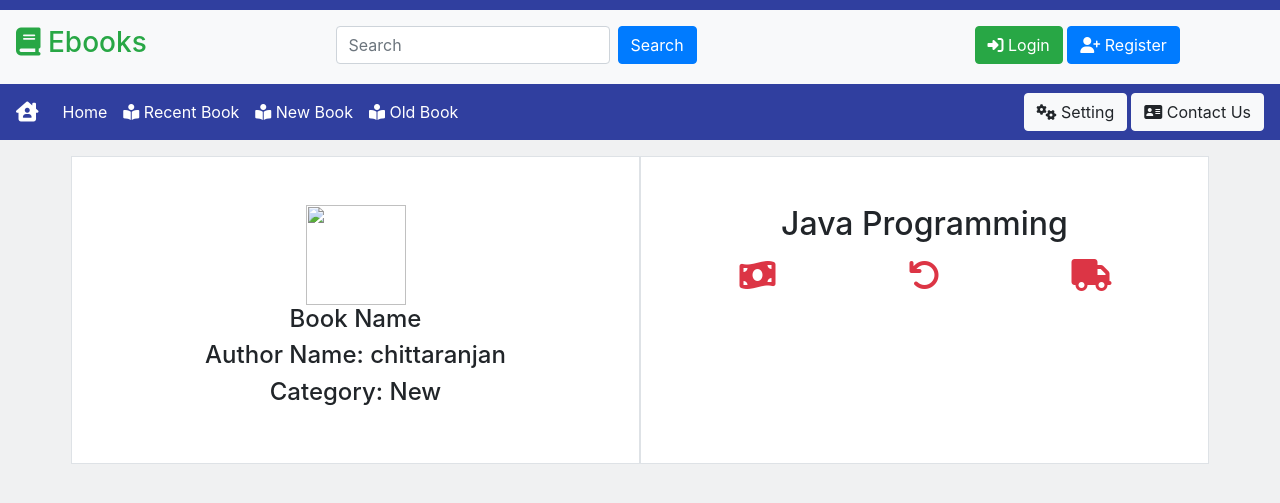
Repository: chittaranjan24/E-Books_Management_System
Page: http://localhost/Ebook-App/view_book.jsp
These files come from the project's save history. The page is drawn as it stood at one moment and after the next save; the edit follows.
The browser window is 1280 px wide. The pictures show the whole page.
Some web libraries are served in a nearby version. The page is served by Tomcat 9. Other server files are loaded and not shown.

Above is the page before, as saved 2023-08-28 22:21:46.

### Ebook-App/src/main/webapp/view_book.jsp
<%@ page language="java" contentType="text/html; charset=ISO-8859-1"
	pageEncoding="ISO-8859-1"%>
<!DOCTYPE html>
<html>
<head>
<meta charset="ISO-8859-1">
<title>Book Details</title>
<%@include file="all_component/allCss.jsp"%>
</head>
<body style="background-color:#f0f1f2;">
	<%@include file="all_component/navbar.jsp"%>

	<div class="container p-3">
		<div class="row">
			<div class="col-md-6 text-center p-5 border bg-white">
			<img alt="" src="" style="height: 100px; width: 100px;"><br>
			<h4>Book Name</h4>
			<h4>Author Name: chittaranjan</h4>
			<h4>Category: New</h4>
			</div>

			<div class="col-md-6 text-center p-5 border bg-white">
			<h2>Java Programming</h2>
			<div class="row">
			<div class="col-md-4 text-danger text-center p-2">
			<i class="fa-solid fa-money-bill-wave fa-2x"></i>
			</div>
			<div class="col-md-4 text-danger text-center p-2">
			<i class="fa-solid fa-arrow-rotate-left fa-2x"></i>
			</div>
			<div class="col-md-4 text-danger text-center p-2">
			<i class="fa-solid fa-truck fa-2x"></i>
			</div>

			</div>
			</div>
		</div>
	</div>

</body>
</html>

### Ebook-App/src/main/webapp/all_component/allCss.jsp
<link rel="stylesheet"
	href="https://cdn.jsdelivr.net/npm/bootstrap@4.0.0/dist/css/bootstrap.min.css"
	integrity="sha384-Gn5384xqQ1aoWXA+058RXPxPg6fy4IWvTNh0E263XmFcJlSAwiGgFAW/dAiS6JXm"
	crossorigin="anonymous">


<script src="https://code.jquery.com/jquery-3.2.1.slim.min.js"
	integrity="sha384-KJ3o2DKtIkvYIK3UENzmM7KCkRr/rE9/Qpg6aAZGJwFDMVNA/GpGFF93hXpG5KkN"
	crossorigin="anonymous"></script>
<script
	src="https://cdn.jsdelivr.net/npm/popper.js@1.12.9/dist/umd/popper.min.js"
	integrity="sha384-ApNbgh9B+Y1QKtv3Rn7W3mgPxhU9K/ScQsAP7hUibX39j7fakFPskvXusvfa0b4Q"
	crossorigin="anonymous"></script>
<script
	src="https://cdn.jsdelivr.net/npm/bootstrap@4.0.0/dist/js/bootstrap.min.js"
	integrity="sha384-JZR6Spejh4U02d8jOt6vLEHfe/JQGiRRSQQxSfFWpi1MquVdAyjUar5+76PVCmYl"
	crossorigin="anonymous"></script>


<link rel="stylesheet"
	href="https://cdnjs.cloudflare.com/ajax/libs/font-awesome/6.4.2/css/all.min.css"
	integrity="sha512-z3gLpd7yknf1YoNbCzqRKc4qyor8gaKU1qmn+CShxbuBusANI9QpRohGBreCFkKxLhei6S9CQXFEbbKuqLg0DA=="
	crossorigin="anonymous" referrerpolicy="no-referrer" />


<link rel="stylesheet" href="all_component/style.css">

### Ebook-App/src/main/webapp/all_component/navbar.jsp
<%@ taglib prefix="c" uri="http://java.sun.com/jsp/jstl/core"%>
<%@page isELIgnored="false" %>

<div class="container-fluid"
	style="height: 10px; background-color: #303f9f"></div>

<div class="container-fluid p-3 bg-light">
	<div class="row">
		<div class="col-md-3 text-success">
			<h3>
				<i class="fa-solid fa-book"></i> Ebooks
			</h3>
		</div>
		<div class="col-md-6">
			<form class="form-inline my-2 my-lg-0" action="search.jsp" method="post">
				<input class="form-control mr-sm-2" type="search" name="ch"
					placeholder="Search" aria-label="Search">
				<button class="btn btn-primary my-2 my-sm-0" type="submit">Search</button>
			</form>
		</div>

		<c:if test="${not empty userobj }">

		<div class="col-md-3">

		<a href="checkout.jsp"><i class="fa-solid fa-cart-arrow-down fa-2x"></i></a>

			<button class="btn btn-success">
			<i class="fa-solid fa-circle-user"></i> ${userobj.name}</button>

			<a href="logout" class="btn btn-primary text-white">
			<i class="fa-solid fa-power-off"></i> Logout</a>
		</div>

		</c:if>

		<c:if test="${empty userobj }">

		<div class="col-md-3">
			<a href="login.jsp" class="btn btn-success"><i
				class="fa-solid fa-right-to-bracket"></i> Login</a> <a
				href="register.jsp" class="btn btn-primary text-white"><i
				class="fa-solid fa-user-plus"></i> Register</a>
		</div>

		</c:if>


	</div>
</div>


<nav class="navbar navbar-expand-lg navbar-dark bg-custom">
	<a class="navbar-brand" href="index.jsp"> <i
		class="fa-solid fa-house-chimney-user"></i>
	</a>
	<button class="navbar-toggler" type="button" data-toggle="collapse"
		data-target="#navbarSupportedContent"
		aria-controls="navbarSupportedContent" aria-expanded="false"
		aria-label="Toggle navigation">
		<span class="navbar-toggler-icon"></span>
	</button>

	<div class="collapse navbar-collapse" id="navbarSupportedContent">
		<ul class="navbar-nav mr-auto">
			<li class="nav-item active"><a class="nav-link" href="index.jsp">Home
					<span class="sr-only">(current)</span>
			</a></li>
			<li class="nav-item active"><a class="nav-link" href="all_recent_book.jsp"> <i
					class="fa-solid fa-book-open-reader"></i> Recent Book
			</a></li>
			<li class="nav-item active"><a class="nav-link" href="all_new_book.jsp"> <i
					class="fa-solid fa-book-open-reader"></i> New Book
			</a></li>

			<li class="nav-item active"><a class="nav-link disabled"
				href="all_old_book.jsp"> <i class="fa-solid fa-book-open-reader"></i> Old Book
			</a></li>
		</ul>
		<form class="form-inline my-2 my-lg-0">

			<a href="setting.jsp" class="btn btn-light my-2 my-sm-0" type="submit">
				<i class="fa-solid fa-gears"></i> Setting
			</a>
			<a href="helpline.jsp" class="btn btn-light my-2 my-sm-0 ml-1" type="submit">
				<i class="fa-solid fa-address-card"></i> Contact Us
			</a>

		</form>
	</div>
</nav>

### Ebook-App/src/main/webapp/all_component/style.css
.bg-custom{
	background-color: #303f9f;
}

.navbar .nav-item:hover .nav-link {
	background-color: white;
	color: #303f9f;
	border-radius: 15px;
}

After the next save:
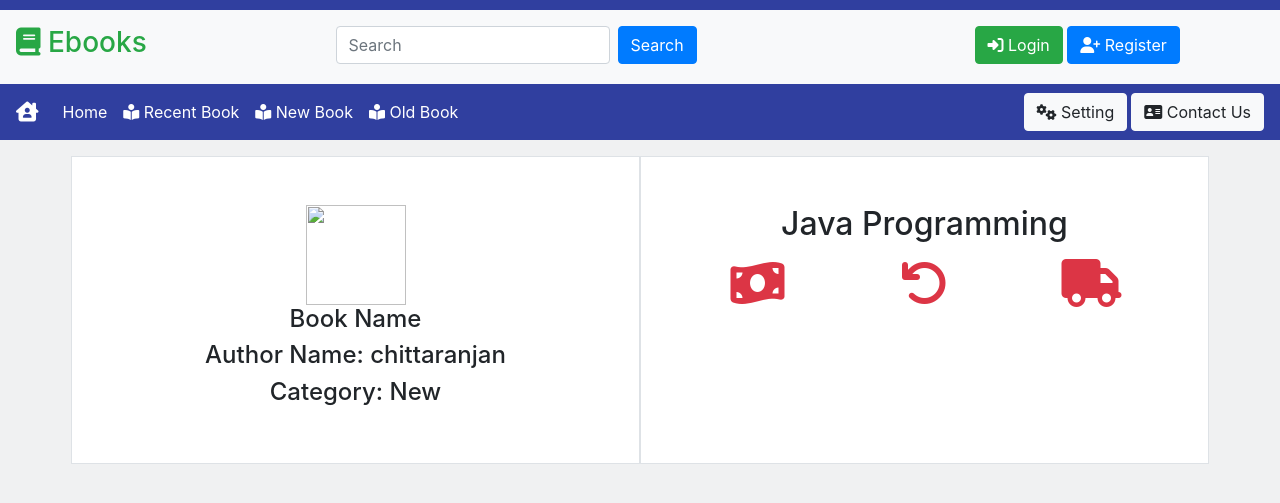
Saved 108 s later.
--- a/Ebook-App/src/main/webapp/view_book.jsp
+++ b/Ebook-App/src/main/webapp/view_book.jsp
@@ -23,13 +23,13 @@
 			<h2>Java Programming</h2>
 			<div class="row">
 			<div class="col-md-4 text-danger text-center p-2">
-			<i class="fa-solid fa-money-bill-wave fa-2x"></i>
+			<i class="fa-solid fa-money-bill-wave fa-3x"></i>
 			</div>
 			<div class="col-md-4 text-danger text-center p-2">
-			<i class="fa-solid fa-arrow-rotate-left fa-2x"></i>
+			<i class="fa-solid fa-arrow-rotate-left fa-3x"></i>
 			</div>
 			<div class="col-md-4 text-danger text-center p-2">
-			<i class="fa-solid fa-truck fa-2x"></i>
+			<i class="fa-solid fa-truck fa-3x"></i>
 			</div>
 
 			</div>
